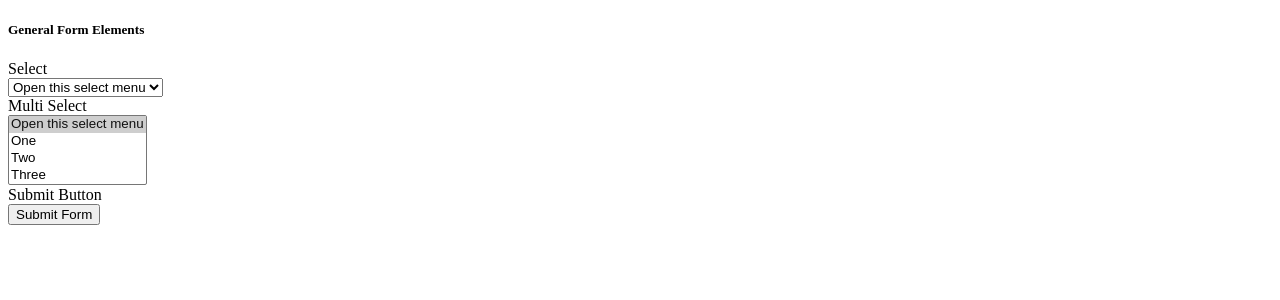
Repository: antsamadagascar/HR-Recruitment
Page: http://localhost/semestre5/application/views/home/user_dashboard_view.php
The author's editor kept a copy of each file at every save. The page is drawn from the files as they stood at one save, then again after a run of saves.
The browser window is 1280 px wide. The pictures show the whole page.
The page is run by PHP 8.4 with error messages shown; the project is at /var/www/html/. application/core/MY_Config.php is not in the repository; a stand-in opens the database connection.

Above is the page before, as saved 2024-11-13 16:23:52.
Console error: SyntaxError: Unexpected token '<'

After the next 2 saves:
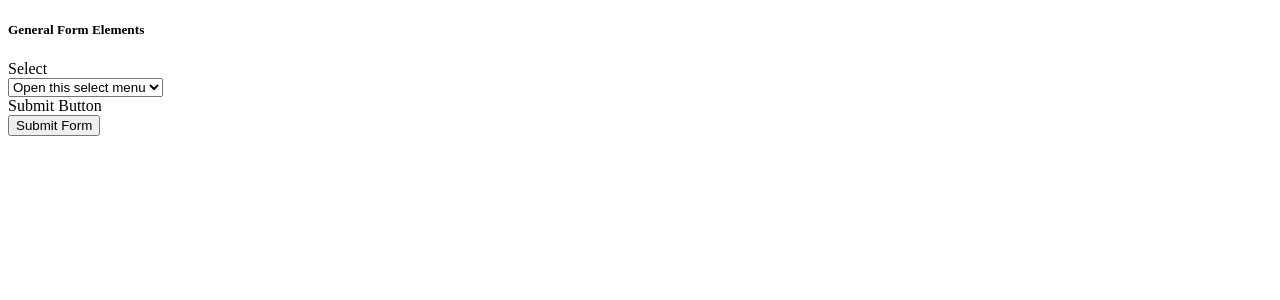
The 2 saves are shown as one change because they came seconds apart.
The last was saved 7 s later.
--- a/application/views/home/user_dashboard_view.php
+++ b/application/views/home/user_dashboard_view.php
@@ -60,18 +60,6 @@
                 </div>
 
             <div class="row mb-3">
-                <label class="col-sm-2 col-form-label">Multi Select</label>
-                <div class="col-sm-10">
-                <select class="form-select" multiple aria-label="multiple select example">
-                    <option selected>Open this select menu</option>
-                    <option value="1">One</option>
-                    <option value="2">Two</option>
-                    <option value="3">Three</option>
-                </select>
-                </div>
-            </div>
-
-            <div class="row mb-3">
                 <label class="col-sm-2 col-form-label">Submit Button</label>
                 <div class="col-sm-10">
                 <button type="submit" class="btn btn-primary">Submit Form</button>
